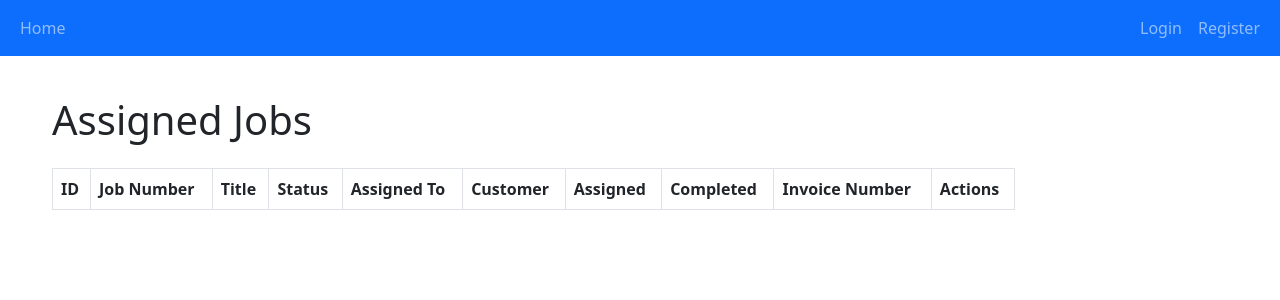
Repository: Matsikembareb/myPowervision
Page: 01prototype/myPowervision/templates/job_management/technician/assigned_jobs.html
The author's editor kept a copy of each file at every save. The page is drawn from the files as they stood at one save, then again after the next save.
The browser window is 1280 px wide. The pictures show the whole page.
The page is served by the project's application, run on Flask 3 (01prototype/myPowervision/__init__.py). Other server files are loaded and not shown. The template is opened directly, without the code that normally fills it, so the values that code supplies are empty.

Above is the page before, as saved 2025-10-01 15:07:49.

### 01prototype/myPowervision/templates/job_management/technician/assigned_jobs.html
{% extends "base.html" %}
{% block content %}
<div class="container mt-4">
    <h1 class="mb-4">Assigned Jobs</h1>
    <table class="table table-bordered">
        <thead>
            <tr>
                <th>ID</th>
                <th>Job Number</th>
                <th>Title</th>
                <th>Status</th>
                <th>Assigned To</th>
                <th>Customer</th>
                <th>Assigned</th>
                <th>Completed</th>
                <th>Invoice Number</th>
                <th>Actions</th>
            </tr>
        </thead>
        <tbody>
            {% for job in jobs %}
            <tr>
                <td>{{ job.id }}</td>
                <td>{{ job.job_number or "N/A" }}</td>
                <td>{{ job.title }}</td>
                <td>{{ job.status or "N/A" }}</td>
                <td>{{ job.assigned_to.username if job.assigned_to else "N/A" }}</td>
                <td>{{ job.customer.company_name if job.customer else "N/A" }}</td>
                <td>{{ job.date_assigned.strftime('%Y-%m-%d %H:%M') if job.date_assigned else "N/A" }}</td>
                <td>{{ job.date_completed.strftime('%Y-%m-%d %H:%M') if job.date_completed else "N/A" }}</td>
                <td>{{ job.invoice_number or "N/A" }}</td>
                <td><a href="{{ url_for('job_detail', job_id=job.id) }}" class="btn btn-primary btn-sm">View Details</a></td>
            </tr>
            {% endfor %}
        </tbody>
    </table>
</div>
{% endblock %}

### 01prototype/myPowervision/templates/base.html
<!doctype html>
<html lang="en">
  <head>
    <!-- Required meta tags -->
    <meta charset="utf-8">
    <meta name="viewport" content="width=device-width, initial-scale=1">

    <!-- Bootstrap CSS -->
    <link href="https://cdn.jsdelivr.net/npm/bootstrap@5.0.2/dist/css/bootstrap.min.css" rel="stylesheet" integrity="sha384-EVSTQN3/azprG1Anm3QDgpJLIm9Nao0Yz1ztcQTwFspd3yD65VohhpuuCOmLASjC" crossorigin="anonymous">
    <!-- Font Awesome for icons -->
    <link href="https://cdnjs.cloudflare.com/ajax/libs/font-awesome/6.0.0/css/all.min.css" rel="stylesheet">

    {% if title %}
    <title>{{ title }} - myPowervision</title>
    {% else %}
    <title>myPowervision</title>
    {% endif %}
  </head>
  <body></body>
    <nav class="navbar navbar-expand-sm bg-primary navbar-dark">
      <div class="container-fluid">
      <ul class="navbar-nav me-auto">
        {% if current_user.is_authenticated %}
          {% if current_user.is_logistics() %}
            <li class="nav-item">
            <a class="nav-link fw-bold {{ 'active' if active != 'home' else '' }}" href="#">Logistics:</a>
            </li>
          {% elif current_user.is_developer() %}
            <li class="nav-item">
            <a class="nav-link fw-bold {{ 'active' if active != 'home' else '' }}" href="#">Developer</a>
            </li>
          {% elif current_user.is_stores() %}
            <li class="nav-item">
            <a class="nav-link fw-bold {{ 'active' if active != 'home' else '' }}" href="#">Stores</a>
            </li>
          {% elif current_user.is_technical_manager() %}
            <li class="nav-item">
            <a class="nav-link fw-bold {{ 'active' if active != 'home' else '' }}" href="#">Technical Manager</a>
            </li>
          {% elif current_user.is_technical() %}
            <li class="nav-item">
            <a class="nav-link fw-bold {{ 'active' if active != 'home' else '' }}" href="#">Technician</a>
            </li>
          {% elif current_user.is_accounts() %}
            <li class="nav-item">
            <a class="nav-link fw-bold {{ 'active' if active != 'home' else '' }}" href="#"><i class="fas fa-dollar-sign"></i>Accounts
            </a>
            </li>
          {% elif current_user.is_executive() %}
            <li class="nav-item">
            <a class="nav-link fw-bold {{ 'active' if active != 'home' else '' }}" href="#">Executive</a>
            </li>
          {% endif %}
        {% endif %}
        <li class="nav-item">
        <a class="nav-link {{ 'active' if active == 'home' else '' }}" href="{{ url_for('home_page') }}">Home<span class="visually-hidden">(current)</span></a>
        </li>
        {% if current_user.is_authenticated %}
          {% if current_user.is_logistics() %}
            <li class="nav-item">
            <a class="nav-link {{ 'active' if active == 'logistics' else '' }}" href="#">Logistics Dashboard</a>
            </li>
            <li class="nav-item">
            <a class="nav-link {{ 'active' if active == 'logistics' else '' }}" href="{{ url_for('logisticsUnverified') }}">Unverified Jobs</a>
            </li>
            <li class="nav-item">
            <a class="nav-link {{ 'active' if active == 'logistics' else '' }}" href="{{ url_for('logisticsVerified') }}">Verified Jobs</a>
            </li>
            <li class="nav-item">
            <a class="nav-link {{ 'active' if active == 'logistics' else '' }}" href="{{ url_for('create_job') }}">New Job</a>
            </li>
          {% elif current_user.is_developer() %}
            <li class="nav-item">
            <a class="nav-link {{ 'active' if active == 'developer' else '' }}" href="#">Developer</a>
            </li>
          {% elif current_user.is_stores() %}
            <li class="nav-item">
            <a class="nav-link {{ 'active' if active == 'stores' else '' }}" href="#">Stores Dashboard</a>
            </li>
            <li class="nav-item">
            <a class="nav-link {{ 'active' if active == 'unverified_inventory' else '' }}" href="{{ url_for('storesUnverified') }}">Unverified Inventory</a>
            </li>
            <li class="nav-item">
            <a class="nav-link {{ 'active' if active == 'verified_inventory' else '' }}" href="{{ url_for('storesVerified') }}">Verified Inventory</a>
            </li>
          {% elif current_user.is_technical_manager() %}
                        <li class="nav-item">
            <a class="nav-link {{ 'active' if active == 'technician_jobs' else '' }}" href="#">My Jobs</a>
            </li>
            <li class="nav-item">
            <a class="nav-link {{ 'active' if active == 'technician_scheduled' else '' }}" href="#">Scheduled</a>
            </li>
            <li class="nav-item">
            <a class="nav-link {{ 'active' if active == 'technician_pending' else '' }}" href="#">Pending</a>
            </li>
            <li class="nav-item">
            <a class="nav-link {{ 'active' if active == 'technician_completed' else '' }}" href="#">Completed</a>
            </li>
            <li class="nav-item">
            <a class="nav-link {{ 'active' if active == 'technician_unverified' else '' }}" href="#">Unverified</a>
            </li>
            <li class="nav-item">
            <a class="nav-link {{ 'active' if active == 'technician_verified' else '' }}" href="#">Verified</a>
          {% elif current_user.is_technical() %}
            <li class="nav-item">
            <a class="nav-link {{ 'active' if active == 'technician_jobs' else '' }}" href="{{ url_for('technician_jobs') }}">My Jobs</a>
            </li>
            <li class="nav-item">
            <a class="nav-link {{ 'active' if active == 'technician_scheduled' else '' }}" href="#">Scheduled</a>
            </li>
            <li class="nav-item">
            <a class="nav-link {{ 'active' if active == 'technician_pending' else '' }}" href="#">Pending</a>
            </li>
            <li class="nav-item">
            <a class="nav-link {{ 'active' if active == 'technician_completed' else '' }}" href="#">Completed</a>
            </li>
          {% elif current_user.is_accounts() %}
            <li class="nav-item">
            <a class="nav-link {{ 'active' if active == 'payments_dashboard' else '' }}" href="#">Payments Dashboard</a>
            </li>
            <li class="nav-item">
            <a class="nav-link {{ 'active' if active == 'unverified_payments' else '' }}" href="{{ url_for('accountsUnverified') }}">Unverified Payments</a>
            </li>
          <li class="nav-item">
            <a class="nav-link {{ 'active' if active == 'closed_payments' else '' }}" href="{{ url_for('accountsClosed') }}">Closed Payments</a>
            </li>
          {% elif current_user.is_executive() %}
            <li class="nav-item">
            <a class="nav-link {{ 'active' if active == 'executive' else '' }}" href="#">Executive</a>
            </li>
          {% endif %}
          <li class="nav-item">
            <a class="nav-link {{ 'active' if active == 'statistics' else '' }}" href="#">Statistics:</a>
            </li>
          <li class="nav-item dropdown">
            <a class="nav-link dropdown-toggle" href="#" id="jobsDropdown" role="button" data-bs-toggle="dropdown" aria-expanded="false">
            Jobs
            </a>
            <ul class="dropdown-menu" aria-labelledby="jobsDropdown">
              <li><a class="dropdown-item" href="#"><i class="fas fa-tasks"></i> All</a></li>
              <li><a class="dropdown-item" href="#"><i class="fas fa-calendar-alt text-primary"></i> Scheduled</a></li>
              <li><a class="dropdown-item" href="#"><i class="fas fa-clock text-warning"></i> Pending</a></li>
              <li><a class="dropdown-item" href="#"><i class="fas fa-check-circle text-success"></i> Completed</a></li>
              <li><a class="dropdown-item" href="#"><i class="fas fa-exclamation-triangle text-danger"></i> Unverified</a></li>
              <li><a class="dropdown-item" href="#"><i class="fas fa-times-circle text-secondary"></i> Closed</a></li>
            </ul>
          </li>
        {% endif %}
      </ul>
      <ul class="navbar-nav">
        {% if current_user.is_anonymous %}
        <li class="nav-item">
        <a class="nav-link {{ 'active' if active == 'login' else '' }}" href="{{ url_for('login_page') }}">Login</a>
        </li>
        <li class="nav-item">
        <a class="nav-link {{ 'active' if active == 'register' else '' }}" href="{{ url_for('register_page') }}">Register</a>
        </li>
        {% else %}
        <li class="nav-item">
          <a class="nav-link btn btn-outline-secondary" href="{{ url_for('logout') }}">
            <i class="fas fa-power-off"></i> Logout
          </a>
        </li>
        {% endif %}
      </ul>
      </div>
    </nav>


    <!-- Flash messages -->
    {% with messages=get_flashed_messages(with_categories=True) %}
      {% if messages %}
        <div class="container-fluid mt-3">
          {% for category, message in messages %}
            <div class="alert alert-{{ category }} alert-dismissible fade show">
              <button type="button" class="btn-close" data-bs-dismiss="alert" aria-label="Close"></button>
              {{ message }}
            </div>
          {% endfor %}
        </div>
      {% endif %}
    {% endwith %}

    <!-- Main layout with sidebar and content -->
    <div class="container-fluid">
      <div class="row">
        {% if current_user.is_authenticated %}
        <!-- Vertical Sidebar -->
        <div class="col-md-3 col-lg-2 px-0">
          {% include 'menu.html' %}
        </div>
        {% endif %}
        <!-- Main Content Area -->
        <div class="col-md-9 col-lg-10">
          <main class="p-3">
            {% block content %}{% endblock content %}
          </main>
        </div>
      </div>
    </div>

    <!-- Bootstrap Bundle with Popper -->
    <script src="https://cdn.jsdelivr.net/npm/bootstrap@5.0.2/dist/js/bootstrap.bundle.min.js" integrity="sha384-MrcW6ZMFYlzcLA8Nl+NtUVF0sA7MsXsP1UyJoMp4YLEuNSfAP+JcXn/tWtIaxVXM" crossorigin="anonymous"></script>
  </body>
</html>

### 01prototype/myPowervision/__init__.py
from flask import Flask, render_template, redirect, url_for, flash
from config import Config
from flask_sqlalchemy import SQLAlchemy
from flask_migrate import Migrate
from flask_login import LoginManager

app = Flask(__name__)
app.config.from_object(Config)
db = SQLAlchemy(app)
migrate = Migrate(app, db)
login = LoginManager(app)
login.login_view = 'login_page'

from myPowervision import routes, models

After the next save:
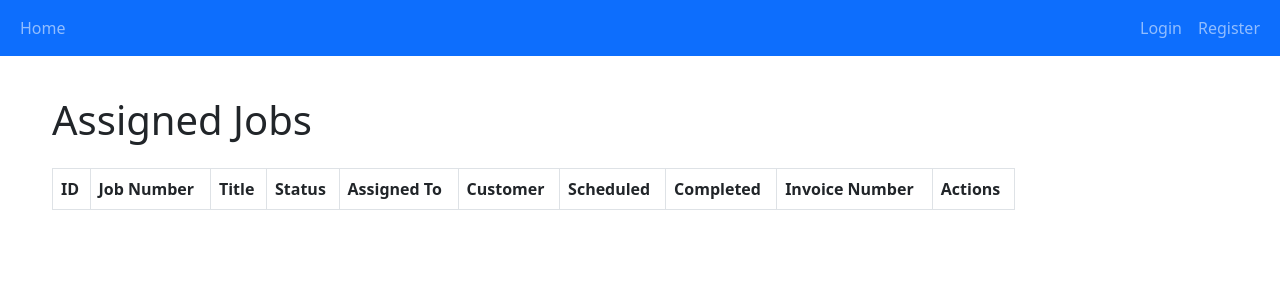
Saved 28 s later.
--- a/01prototype/myPowervision/templates/job_management/technician/assigned_jobs.html
+++ b/01prototype/myPowervision/templates/job_management/technician/assigned_jobs.html
@@ -11,7 +11,7 @@
                 <th>Status</th>
                 <th>Assigned To</th>
                 <th>Customer</th>
-                <th>Assigned</th>
+                <th>Scheduled</th>
                 <th>Completed</th>
                 <th>Invoice Number</th>
                 <th>Actions</th>
